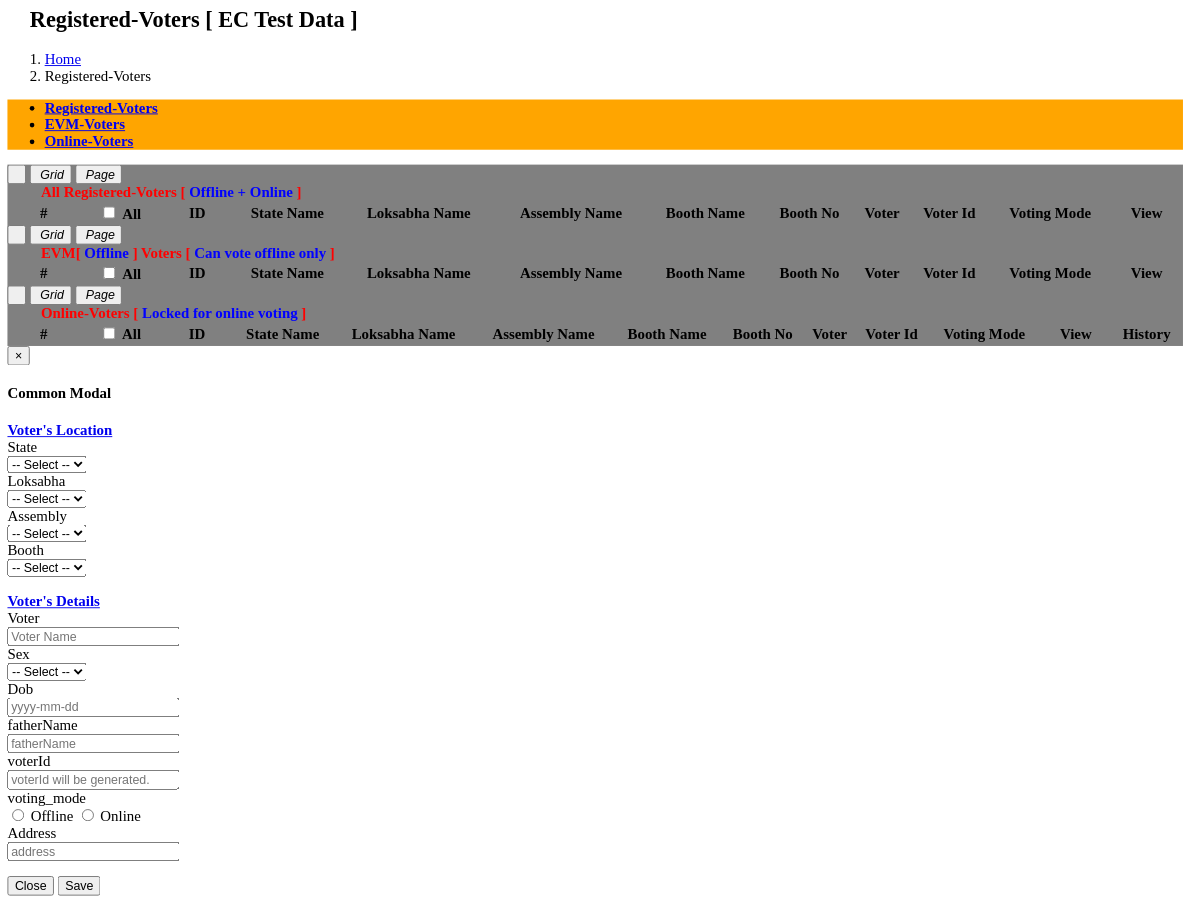
Repository: sanjeev167/IndiaOnLineVoting_3112020
Page: http://localhost/IndiaOnLineVoting/WEB-INF/jsp/ec/voters.jsp
These files come from the project's save history. The page is drawn as it stood at one moment and after the next save; the edit follows.
The browser window is 1280 px wide. The pictures show the whole page, at 93% of full size.
The page is served by Tomcat 9. Nobody is signed in. Other server files are loaded and not shown. The template is opened directly, without the code that normally fills it, so the values that code supplies are empty.

Above is the page before, as saved 2020-10-29 19:20:14.
Console error: TypeError: $(...).DataTable is not a function

### IndiaOnLineVoting/src/main/webapp/WEB-INF/jsp/ec/voters.jsp
	<!-- Full Width Column -->

	<!-- Content Header (Page header) -->
	<section class="content-header">
		<h1>
			&nbsp;&nbsp;&nbsp;&nbsp;Registered-Voters [ <strong>EC Test Data</strong> ]
		</h1>
		<ol class="breadcrumb">
			<li><a href="/"><i class="fa fa-dashboard"></i> Home</a></li>
			<li class="active">Registered-Voters</li>
		</ol>
	</section>

	<!-- Main content -->
	<section class="content">

		<div class="row">

			<div class="col-md-9">
				<div class="nav-tabs-custom" >
					<ul class="nav nav-tabs"
						style="background-color: orange; font-weight: bold;">
						<li class="active"><a href="#activity" data-toggle="tab">Registered-Voters</a></li>
						<li><a href="#timeline" data-toggle="tab">EVM-Voters</a></li>
						<li><a href="#settings" data-toggle="tab">Online-Voters</a></li>
					</ul>
					<div class="tab-content" style="background-color: grey;">
						<div class="active tab-pane" id="activity">
								<!-- /.box-header -->
								<div class="box-body">
									<div class="col-md-12">
										<div class="box box-primary ">
											<div class="box-header with-border">

												<div class="box-title">

													<button type="button">
														<i class="fa fa-search searchClass" data-toggle="modal">&nbsp;</i>
													</button>
													<button type="button" id="reloadGrid">
														<i class="fa fa-refresh">&nbsp;Grid</i>
													</button>
													<button type="button" id="refreshGrid">
														<i class="fa fa-refresh">&nbsp;Page</i>
													</button>
												</div>
												&nbsp;&nbsp;&nbsp;&nbsp;&nbsp;&nbsp;&nbsp;&nbsp;&nbsp;<strong style="color:red;">All Registered-Voters [ <span style="color:blue;">Offline + Online </span> ]</strong>
											</div>

											<div class="box-body ">
												<table id="votersEnrolledId" width="100%"
													class="table table-striped table-bordered table-hover table-condensed dt-responsive data-table">
													<thead>
														<tr>
															<th width="6%">#</th>
															<th width="7%"><input id="chkAll" type="checkbox">&nbsp;All</th>
															<th width="6%">ID</th>
															<th>State Name</th>
															<th>Loksabha Name</th>
															<th>Assembly Name</th>
															<th>Booth Name</th>
															<th>Booth No</th>
															<th>Voter</th>
															<th>Voter Id</th>
															<th>Voting Mode</th>
															<th width="6%">View</th>

														</tr>
													</thead>

												</table>
											</div>
											<!-- /.box-body -->

									</div>
									<!-- /.col -->
								</div>
								<!-- /.box-body -->
							</div>
							<!-- /.box -->

						</div>
						<!-- /.tab-pane -->




						<div class="tab-pane" id="timeline">
							 <!-- /.box-header -->
								<div class="box-body">
									<div class="col-md-12">
										<div class="box box-primary ">
											<div class="box-header with-border">

												<div class="box-title">

													<button type="button">
														<i class="fa fa-search SearchOffLineVotersClass" data-toggle="modal">&nbsp;</i>
													</button>
													<button type="button" id="reloadGrid">
														<i class="fa fa-refresh">&nbsp;Grid</i>
													</button>
													<button type="button" id="refreshGrid">
														<i class="fa fa-refresh">&nbsp;Page</i>
													</button>
												</div>
												&nbsp;&nbsp;&nbsp;&nbsp;&nbsp;&nbsp;&nbsp;&nbsp;&nbsp;<strong style="color:red;">EVM[ <span style="color:blue;">Offline</span> ] Voters [ <span style="color:blue;">Can vote offline only</span> ]</strong>
											</div>

											<div class="box-body ">
												<table id="votersEnrolledOfflineId" width="100%"
													class="table table-striped table-bordered table-hover table-condensed dt-responsive data-table">
													<thead>
														<tr>
														   <th width="6%">#</th>
															<th width="7%"><input id="chkAll" type="checkbox">&nbsp;All</th>
															<th width="6%">ID</th>
															<th>State Name</th>
															<th>Loksabha Name</th>
															<th>Assembly Name</th>
															<th>Booth Name</th>
															<th>Booth No</th>
															<th>Voter</th>
															<th>Voter Id</th>
															<th>Voting Mode</th>
															<th width="6%">View</th>

														</tr>
													</thead>

												</table>
											</div>
											<!-- /.box-body -->

									</div>
									<!-- /.col -->
								</div>
								<!-- /.box-body -->
							</div>
							<!-- /.box -->
						</div>
						<!-- /.tab-pane -->

						<div class="tab-pane" id="settings">
							      <!-- /.box-header -->
								<div class="box-body">
									<div class="col-md-12">
										<div class="box box-primary ">
											<div class="box-header with-border">

												<div class="box-title">

													<button type="button">
														<i class="fa fa-search SearchOnLineVotersClass" data-toggle="modal">&nbsp;</i>
													</button>
													<button type="button" id="reloadGrid">
														<i class="fa fa-refresh">&nbsp;Grid</i>
													</button>
													<button type="button" id="refreshGrid">
														<i class="fa fa-refresh">&nbsp;Page</i>
													</button>
												</div>
												&nbsp;&nbsp;&nbsp;&nbsp;&nbsp;&nbsp;&nbsp;&nbsp;&nbsp;<strong style="color:red;">Online-Voters [ <span style="color:blue;">Locked for online voting</span> ]</strong>
											</div>

											<div class="box-body ">
												<table id="votersEnrolledOnlineId" width="100%"
													class="table table-striped table-bordered table-hover table-condensed dt-responsive data-table">
													<thead>
														<tr>
															<th width="6%">#</th>
															<th width="7%"><input id="chkAll" type="checkbox">&nbsp;All</th>
															<th width="6%">ID</th>
															<th>State Name</th>
															<th>Loksabha Name</th>
															<th>Assembly Name</th>
															<th>Booth Name</th>
															<th>Booth No</th>
															<th>Voter</th>
															<th>Voter Id</th>
															<th>Voting Mode</th>
															<th width="6%">View</th>
															<th width="6%">History</th>

														</tr>
													</thead>

												</table>
											</div>
											<!-- /.box-body -->

									</div>
									<!-- /.col -->
								</div>
								<!-- /.box-body -->
							</div>
							<!-- /.box -->

						</div>
						<!-- /.tab-pane -->
					</div>
					<!-- /.tab-content -->
				</div>
				<!-- /.nav-tabs-custom -->
			</div>
			<!-- /.col -->
		</div>
		<!-- /.row -->

	</section>
	<!-- /.content -->



<!-- modal for add/update/view/search -->
<div class="modal fade" id="modal-common">
	<div class="modal-dialog modal-md">
		<div class="modal-content" style="border-radius: 10px;">
			<div class="modal-header">
				<button type="button" class="close" data-dismiss="modal"
					aria-label="Close">
					<span aria-hidden="true">&times;</span>
				</button>
				<h4 class="modal-title" id="commonModalTitleId">Common Modal</h4>
			</div>
			<div class="modal-body">
				<!-- form start -->
				<form class="form-horizontal" id="commonFormId" action="">
					<div class="box-body">
						<h5 id="successMsgId"></h5>
						<h5 id="searchMsgId"></h5>
						<strong style="color:red;" id="searchHideContentId"><a href="#" id="voterlocationId">Voter's Location </a></strong>
						<div id="voterLocationShowHideId">
									<div class="form-group">
										<label for="inputStateName" class="col-sm-4 control-label">
											State</label>
										<div class="col-sm-7">
											<select class="form-control" name="stateNameId"
												id="stateNameId">
												<option value="">-- Select --</option>

											</select> <span id="stateNameId_err" class="field-error"></span>
										</div>
									</div>
									<div class="form-group">
										<label for="inputLoksabhaName" class="col-sm-4 control-label">
											Loksabha</label>
										<div class="col-sm-7">
											<select class="form-control" name="loksabhaNameId"
												id="loksabhaNameId">
												<option value="">-- Select --</option>

											</select> <span id="loksabhaNameId_err" class="field-error"></span>
										</div>
									</div>

									<div class="form-group" id="assemblyLabledId">
										<label for="inputSortName" class="col-sm-4 control-label">
											Assembly</label>
										<div class="col-sm-7">
											<select class="form-control" name="assemblyNameId"
												id="assemblyNameId">
												<option value="">-- Select --</option>

											</select> <span id="assemblyNameId_err" class="field-error"></span>
										</div>
									</div>

									<div class="form-group" id="pollingBoothNameIdLabledId">
										<label for="inputSortName" class="col-sm-4 control-label">
											Booth</label>
										<div class="col-sm-7">
											<select class="form-control" name="pollingBoothNameId"
												id="pollingBoothNameIdId">
												<option value="">-- Select --</option>
											</select> <span id="pollingBoothNameIdId_err" class="field-error"></span>
										</div>
									</div>
                         </div>



								<!-- Voter Location -->
								<br>
								<strong style="color:red;" id="searchHide1ContentId"><a href="#"  id="voterDetailId"> Voter's Details </a></strong>
								<div id="voterDetailShowHideId">

										<div class="form-group" id="voterNameLabledId">
											<label for="inputSortName" class="col-sm-4 control-label">
												Voter</label>
											<div class="col-sm-7">
												<input type="text" class="form-control" name="voterName"
													id="voterNameId" placeholder="Voter Name">
													<span
												id="voterNameId_err" class="field-error"></span>
											</div>
										</div>

										<div class="form-group" id="sexLabledId">
											<label for="inputSortName" class="col-sm-4 control-label">
												Sex</label>
											<div class="col-sm-7">
											        <select class="form-control" name="sex"	id="sexId">
												       <option value="">-- Select --</option>
												       <option value="M">Male</option>
												       <option value="F">Female</option>
											        </select>
													<span id="sexId_err" class="field-error"></span>
											</div>
										</div>

										<div class="form-group" id="dobForPageLabledId">
											<label for="inputSortName" class="col-sm-4 control-label">
												Dob</label>
											<div class="col-sm-7">
												<input type="text" class="form-control" name="dobForPage" id="dobForPageId" placeholder="yyyy-mm-dd">
													<span
												id="dobForPageId_err" class="field-error"></span>
											</div>
										</div>

										<div class="form-group" id="fatherNameLabledId">
											<label for="inputSortName" class="col-sm-4 control-label">
												fatherName</label>
											<div class="col-sm-7">
												<input type="text" class="form-control" name="fatherName"
													id="fatherNameId" placeholder="fatherName">
													<span
												id="fatherNameId_err" class="field-error"></span>
											</div>
										</div>

										<div class="form-group" id="voterIdLabledId">
											<label for="inputSortName" class="col-sm-4 control-label">
												voterId</label>
											<div class="col-sm-7">
												<input type="text" class="form-control" name="voterId"
													id="voterIdId" placeholder="voterId will be generated.">
													<span
												id="voterIdId_err" class="field-error"></span>
											</div>
										</div>

										<div class="form-group" id="voting_modeLabledId">
											<label for="inputSortName" class="col-sm-4 control-label">
												voting_mode</label>
											<div class="col-sm-7">
											     <input type="radio" name="voting_mode" id="offlineVoting_modeId" value="0">&nbsp;Offline
											     <input type="radio" name="voting_mode" id="onlineVoting_modeId" value="1">&nbsp;Online

													<span
												id="voting_modeId_err" class="field-error"></span>
											</div>
										</div>

										<div class="form-group" id="addressLabledId">
											<label for="inputSortName" class="col-sm-4 control-label">
												Address</label>
											<div class="col-sm-7">
												<input type="text" class="form-control" name="address"
													id="addressId" placeholder="address">
													<span
												id="addressId_err" class="field-error"></span>
											</div>
										</div>
								</div>
								   <input hidden="true" name="id" id="votersEnrolledRecordId" />
							</div>
							<!-- /.box-body -->

							<!-- /.box-footer -->
				</form>

			</div>
			<div class="modal-footer">
				<button type="button" class="btn btn-info" data-dismiss="modal">Close</button>
				<button type="button"
					class="btn btn-warning commonButtonActionClass"
					id="commonButtonActionId">Save</button>
			</div>
		</div>
		<!-- /.modal-content -->
	</div>
	<!-- /.modal-dialog -->
</div>
<!-- /.modal -->








	<!-- jQuery 3  -->
	<script
		src="https://ajax.googleapis.com/ajax/libs/jquery/3.4.1/jquery.min.js"></script>
	<script
		src="https://maxcdn.bootstrapcdn.com/bootstrap/3.4.0/js/bootstrap.min.js"></script>
	<script
		src="${contextPath}/resources/assets/pageSpecific/js/votersEnrolled_list.js"></script>

Loaded but not shown: IndiaOnLineVoting/src/main/webapp/resources/assets/pageSpecific/js/votersEnrolled_list.js (1377 lines, source omitted)

After the next save:
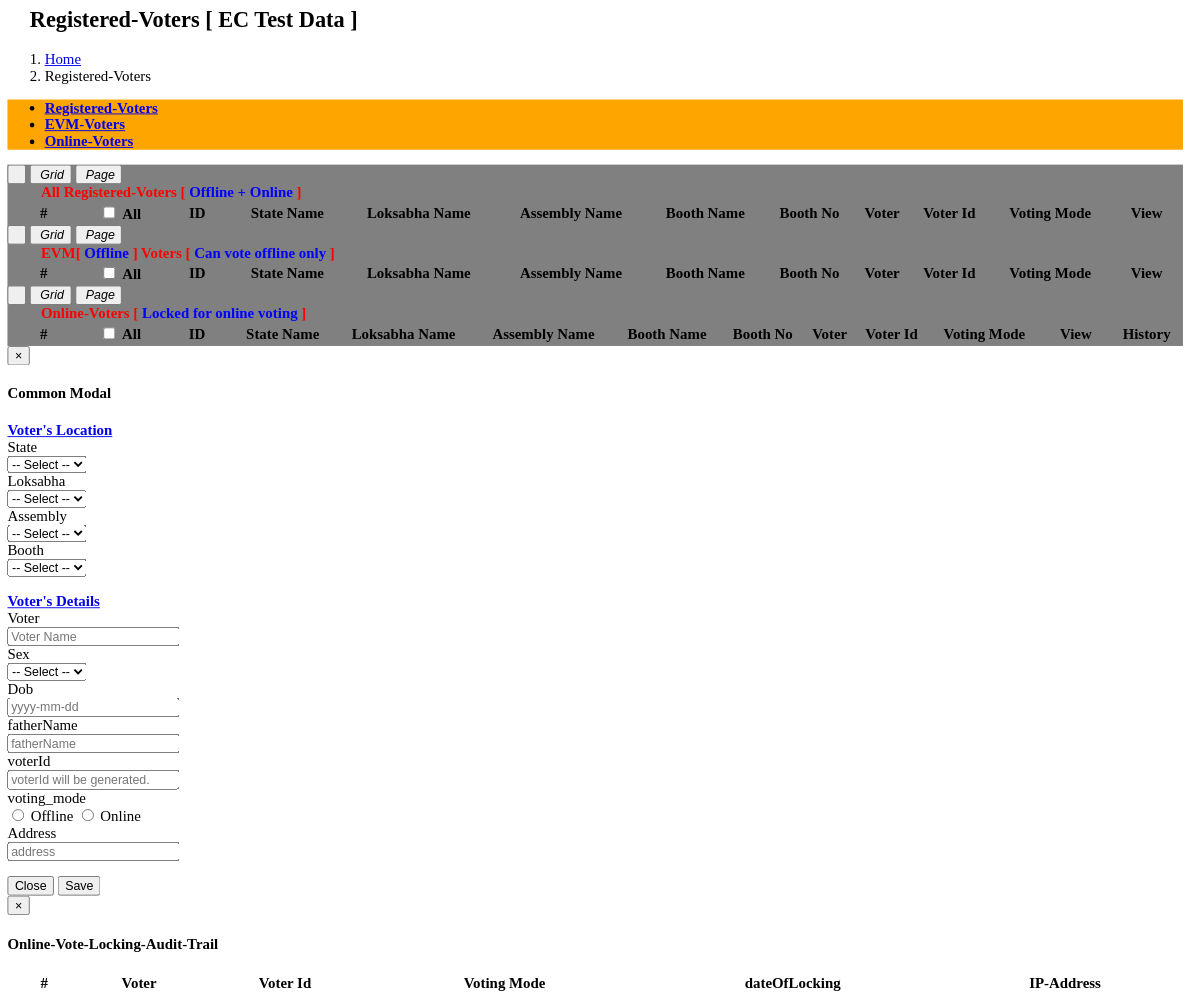
Saved 13 min 34 s later.
--- a/IndiaOnLineVoting/src/main/webapp/WEB-INF/jsp/ec/voters.jsp
+++ b/IndiaOnLineVoting/src/main/webapp/WEB-INF/jsp/ec/voters.jsp
@@ -389,6 +389,46 @@
 
 
 
+<!-- modal for add/update/view/search -->
+<div class="modal fade" id="auditTrailModalId">
+	<div class="modal-dialog modal-md">
+		<div class="modal-content" style="border-radius: 10px;">
+			<div class="modal-header">
+				<button type="button" class="close" data-dismiss="modal"
+					aria-label="Close">
+					<span aria-hidden="true">&times;</span>
+				</button>
+				<h4 class="modal-title" id="commonModalTitleId">Online-Vote-Locking-Audit-Trail</h4>
+			</div>
+			<div class="modal-body">
+				<div class="box-body ">
+					<table id="votersAuditTrailId" width="100%"
+						class="table table-striped table-bordered table-hover table-condensed dt-responsive data-table">
+						<thead>
+							<tr>
+								<th width="6%">#</th>
+								<th>Voter</th>
+                                <th>Voter Id</th>
+								<th>Voting Mode</th>
+								<th>dateOfLocking</th>
+								<th>IP-Address</th>
+							</tr>
+						</thead>
+
+					</table>
+				</div>
+				<!-- /.box-body -->
+			</div>
+
+		</div>
+		<!-- /.modal-content -->
+	</div>
+	<!-- /.modal-dialog -->
+</div>
+<!-- /.modal -->
+
+
+
 
 
 
